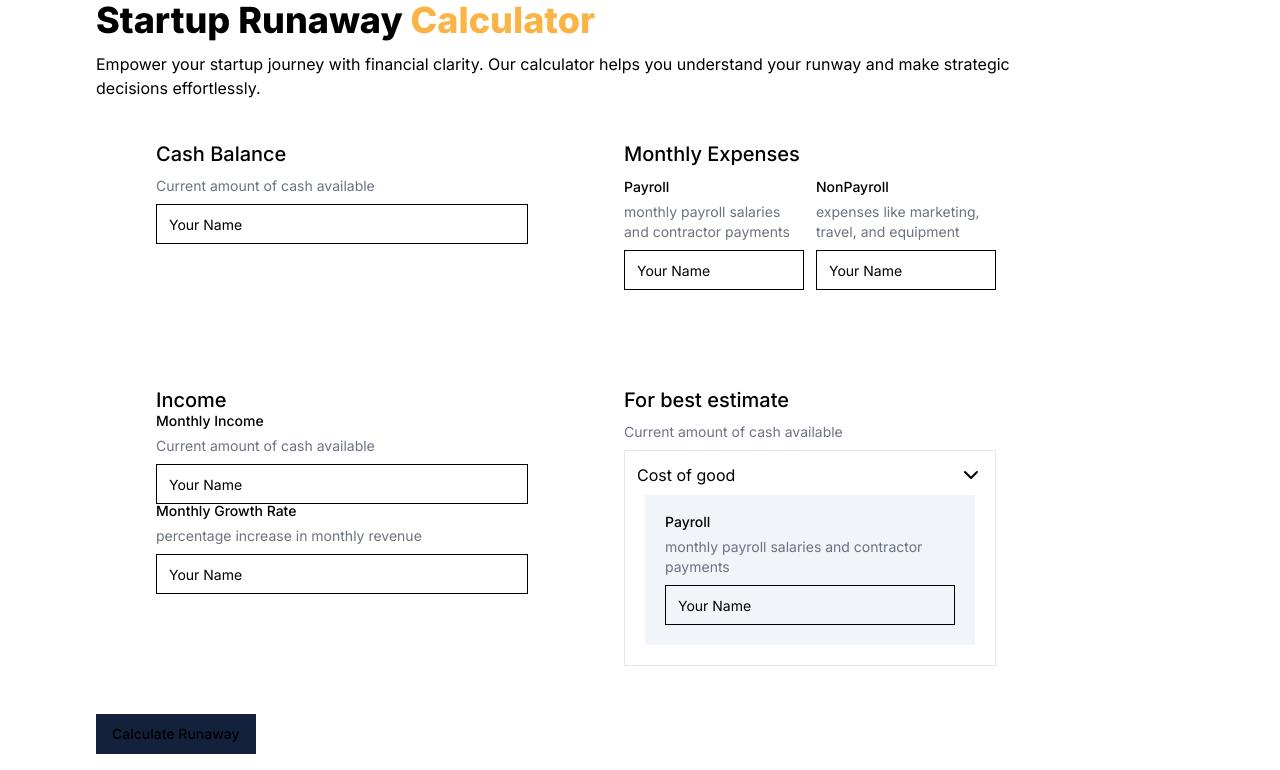
Repository: wossenF/startup-runaway-calculator
Page: /
These files come from the project's save history. The page is drawn as it stood at one moment and after the next save; the edit follows.
The browser window is 1280 px wide. The pictures show the whole page.
The project was rebuilt for these pictures with package versions that can differ from the ones it lists, and the page was loaded fresh each time. The framework's server and built-in components were replaced by stand-ins that run in the browser. Also part of the build but not shown: next.config.mjs.

Above is the page before, as saved 2024-04-08 14:09:07.

### src/app/page.tsx
import UserInput from "../components/UserInput";
import {Button} from '../components/ui/button'
export default function Home() {
  return (
    <main className="ml-24 w-3/4 mx-auto">
      <h1 className="font-extrabold text-4xl">Startup Runaway <span className="text-[#FAB446]">Calculator</span></h1>
      <p className="mx-auto max-w-screen-md lg:max-w-screen-lg xl:max-w-screen-xl p-3 pl-0">Empower your startup journey with financial clarity. Our calculator  helps you understand your runway and make strategic decisions  effortlessly.</p>
      <UserInput/>
      <Button className="mb-4">Calculate Runaway</Button>
    </main>
  );
}

### src/components/UserInput.tsx
"use client";
import { Input } from "./ui/input";
import { Label } from "./ui/label";
import { ChevronDown } from "lucide-react";
import {Button} from "./ui/button"
const UserInput = () => {
  return (
    <>
    <div className="container grid grid-cols-1 lg:grid-cols-2 gap-10 pb-5">
      <div className="bg-secondary/50 rounded-lg p-7  ">
        <form className="grid gap-2">
          <Label className="font-medium text-xl">Cash Balance</Label>
          <p className="text-gray-500 text-sm ">
            Current amount of cash available
          </p>
          <Input name="name" placeholder="Your Name" />
        </form>
      </div>

      <div className=" bg-secondary/50 rounded-lg p-7  grid gap-2">
        <Label className="font-medium text-xl">Monthly Expenses</Label>
        <div className="grid grid-cols-2 gap-3 pt-1">
          <div>
            <form className="grid gap-2">
              <Label className="">Payroll</Label>
              <p className="text-gray-500 text-sm ">
                monthly payroll salaries and contractor payments
              </p>
              <Input name="name" placeholder="Your Name" />
            </form>
          </div>
          <div>
            <form className="grid gap-2">
              <Label className="">NonPayroll</Label>
              <p className="text-gray-500 text-sm ">
                expenses like marketing, travel, and equipment
              </p>
              <Input name="name" placeholder="Your Name" />
            </form>
          </div>
        </div>
      </div>

      <div className=" bg-secondary/50 rounded-lg p-7">
        <Label className="font-medium text-xl">Income</Label>

            <form className="grid gap-2">
              <Label className="">Monthly Income</Label>
              <p className="text-gray-500 text-sm ">
                Current amount of cash available
              </p>
              <Input name="name" placeholder="Your Name" />
            </form>


            <form className="grid gap-2">
              <Label className="">Monthly Growth Rate</Label>
              <p className="text-gray-500 text-sm ">
                percentage increase in monthly revenue
              </p>
              <Input name="name" placeholder="Your Name" />
            </form>
      </div>

      <div className="bg-secondary/50 rounded-lg p-7  ">
        <form className="grid gap-2">
          <Label className="font-medium text-xl">For best estimate</Label>
          <p className="text-gray-500 text-sm ">
            Current amount of cash available
          </p>
          <div className="p-3 gap-20 border rounded-md  ">
            <div className="flex justify-between ">
              <p>Cost of good </p>
              <ChevronDown />
            </div>

            <div className=" p-5 bg-slate-100 m-2">
            <form className="grid gap-2">
              <Label className="">Payroll</Label>
              <p className="text-gray-500 text-sm ">
                monthly payroll salaries and contractor payments
              </p>
              <Input name="name" placeholder="Your Name" />
            </form>
          </div>
          </div>

        </form>
      </div>
    </div>

    </>
  );
};

export default UserInput;

### src/components/ui/button.tsx
import * as React from "react"
import { Slot } from "@radix-ui/react-slot"
import { cva, type VariantProps } from "class-variance-authority"

import { cn } from "@/lib/utils"

const buttonVariants = cva(
  "inline-flex items-center justify-center whitespace-nowrap text-sm font-medium ring-offset-background transition-colors focus-visible:outline-none focus-visible:ring-2 focus-visible:ring-ring focus-visible:ring-offset-2 disabled:pointer-events-none disabled:opacity-50",
  {
    variants: {
      variant: {
        default: "bg-[#13213C] text-primary-foreground hover:bg-primary/90",
        destructive:
          "bg-destructive text-destructive-foreground hover:bg-destructive/90",
        outline:
          "border border-input bg-background hover:bg-accent hover:text-accent-foreground",
        secondary:
          "bg-secondary text-secondary-foreground hover:bg-secondary/80",
        ghost: "hover:bg-accent hover:text-accent-foreground",
        link: "text-primary underline-offset-4 hover:underline",
      },
      size: {
        default: "h-10 px-4 py-2",
        sm: "h-9 rounded-md px-3",
        lg: "h-11 rounded-md px-8",
        icon: "h-10 w-10",
      },
    },
    defaultVariants: {
      variant: "default",
      size: "default",
    },
  }
)

export interface ButtonProps
  extends React.ButtonHTMLAttributes<HTMLButtonElement>,
    VariantProps<typeof buttonVariants> {
  asChild?: boolean
}

const Button = React.forwardRef<HTMLButtonElement, ButtonProps>(
  ({ className, variant, size, asChild = false, ...props }, ref) => {
    const Comp = asChild ? Slot : "button"
    return (
      <Comp
        className={cn(buttonVariants({ variant, size, className }))}
        ref={ref}
        {...props}
      />
    )
  }
)
Button.displayName = "Button"

export { Button, buttonVariants }

### src/components/ui/input.tsx
import * as React from "react"

import { cn } from "@/lib/utils"

export interface InputProps
  extends React.InputHTMLAttributes<HTMLInputElement> {}

const Input = React.forwardRef<HTMLInputElement, InputProps>(
  ({ className, type, ...props }, ref) => {
    return (
      <input
        type={type}
        className={cn(
          "flex h-10 w-full rounded-md border border-input bg-background px-3 py-2 text-sm ring-offset-background file:border-0 file:bg-transparent file:text-sm file:font-medium placeholder:text-muted-foreground focus-visible:outline-none focus-visible:ring-2 focus-visible:ring-ring focus-visible:ring-offset-2 disabled:cursor-not-allowed disabled:opacity-50",
          className
        )}
        ref={ref}
        {...props}
      />
    )
  }
)
Input.displayName = "Input"

export { Input }

### src/components/ui/label.tsx
"use client"

import * as React from "react"
import * as LabelPrimitive from "@radix-ui/react-label"
import { cva, type VariantProps } from "class-variance-authority"

import { cn } from "@/lib/utils"

const labelVariants = cva(
  "text-sm font-medium leading-none peer-disabled:cursor-not-allowed peer-disabled:opacity-70"
)

const Label = React.forwardRef<
  React.ElementRef<typeof LabelPrimitive.Root>,
  React.ComponentPropsWithoutRef<typeof LabelPrimitive.Root> &
    VariantProps<typeof labelVariants>
>(({ className, ...props }, ref) => (
  <LabelPrimitive.Root
    ref={ref}
    className={cn(labelVariants(), className)}
    {...props}
  />
))
Label.displayName = LabelPrimitive.Root.displayName

export { Label }

Loaded but not shown: src/app/layout.tsx (common file); src/app/globals.css (common file); src/lib/utils.ts (common file); tailwind.config.ts (common file)

After the next save:
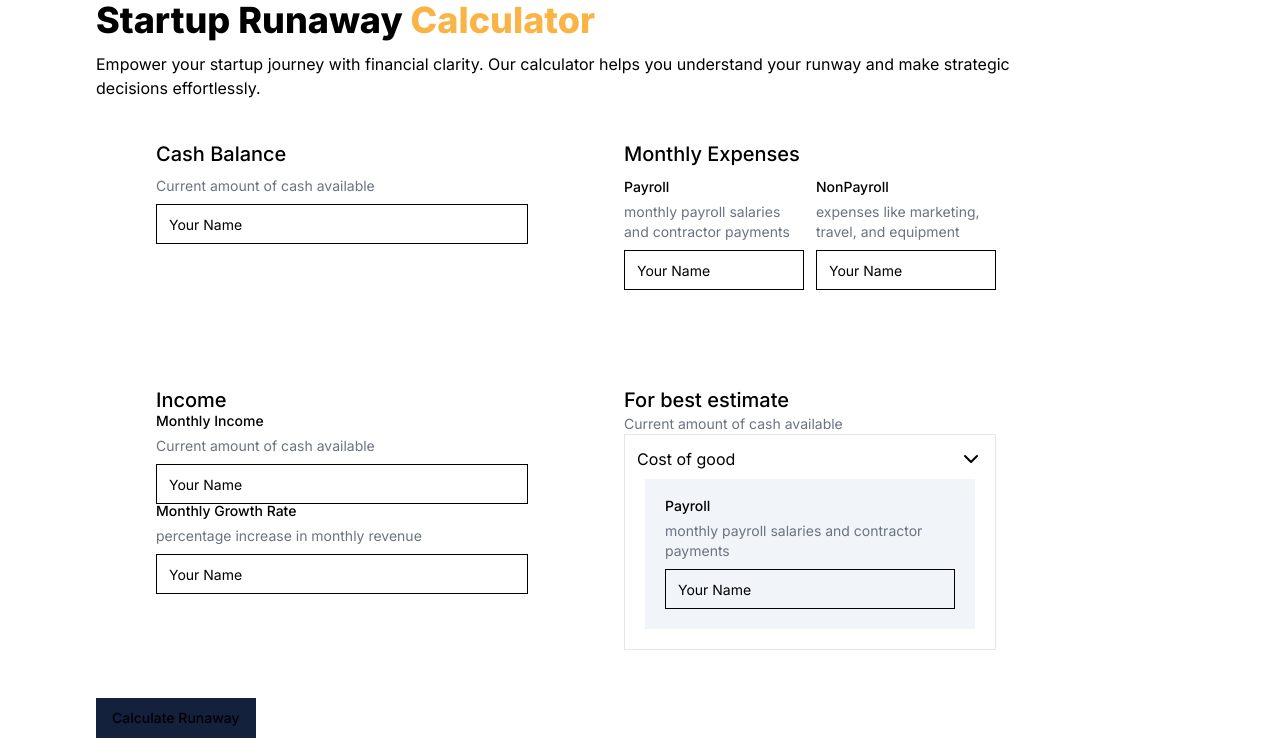
Saved 26 s later.
--- a/src/components/UserInput.tsx
+++ b/src/components/UserInput.tsx
@@ -63,7 +63,7 @@ const UserInput = () => {
       </div>
 
       <div className="bg-secondary/50 rounded-lg p-7  ">
-        <form className="grid gap-2">
+        <form className="">
           <Label className="font-medium text-xl">For best estimate</Label>
           <p className="text-gray-500 text-sm ">
             Current amount of cash available
